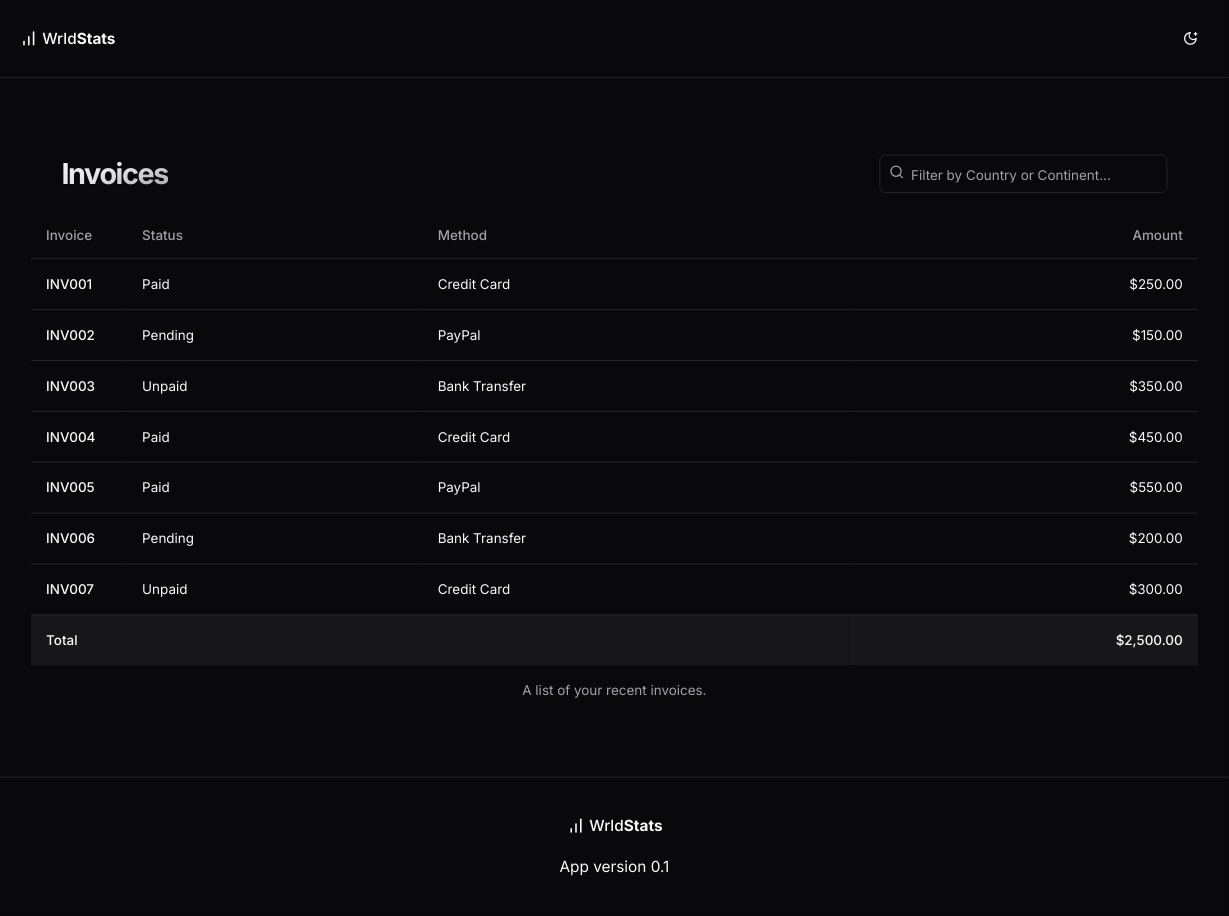
Repository: tushcmd/wrld-stats
Page: /
These files come from the project's save history. The page is drawn as it stood at one moment and after the next save; the edit follows.
The browser window is 1280 px wide. The pictures show the whole page, at 96% of full size.
The project was rebuilt for these pictures with package versions that can differ from the ones it lists, and the page was loaded fresh each time. The framework's server and built-in components were replaced by stand-ins that run in the browser. Also part of the build but not shown: next.config.mjs.

Above is the page before, as saved 2024-04-21 17:18:38.

### app/layout.tsx
import './globals.css';
import { Inter } from 'next/font/google';

import { Metadata, Viewport } from 'next';
import siteMetadata from '../data/siteMetadata';

import Navbar from '@/components/shared/Navbar';
import Footer from '@/components/shared/Footer';
import AppProviders from '@/components/providers/AppProviders';

const inter = Inter({ subsets: ['latin'] });

export const viewport: Viewport = {
  width: 'device-width',
  initialScale: 1,
  maximumScale: 1,
};

export const metadata: Metadata = {
  metadataBase: new URL(siteMetadata.siteUrl),
  title: {
    default: siteMetadata.title,
    template: `%s | ${siteMetadata.title}`,
  },
  description: siteMetadata.description,
  openGraph: {
    title: siteMetadata.title,
    description: siteMetadata.description,
    url: './',
    siteName: siteMetadata.title,
    locale: 'en',
    type: 'website',
  },
  alternates: {
    canonical: './',
  },
  robots: {
    index: true,
    follow: true,
    googleBot: {
      index: true,
      follow: true,
      'max-video-preview': -1,
      'max-image-preview': 'large',
      'max-snippet': -1,
    },
  },
  twitter: {
    title: siteMetadata.title,
    card: 'summary_large_image',
  },
};

export default function RootLayout({ children }: { children: React.ReactNode }) {
  return (
    <html lang="en" suppressHydrationWarning>
      <body className={inter.className}>
        <AppProviders>
          <Navbar />
          {children}
          <Footer />
        </AppProviders>
      </body>
    </html>
  );
}

### app/page.tsx
import Hero from '@/components/Hero';

export default function Home() {
  return (
    <main className="page-container">
      <Hero />
    </main>
  );
}

### app/globals.css
@tailwind base;
@tailwind components;
@tailwind utilities;

@layer base {
  :root {
    --background: 0 0% 100%;
    --foreground: 240 10% 3.9%;

    --card: 0 0% 100%;
    --card-foreground: 240 10% 3.9%;

    --popover: 0 0% 100%;
    --popover-foreground: 240 10% 3.9%;

    --primary: 240 5.9% 10%;
    --primary-foreground: 0 0% 98%;

    --secondary: 240 4.8% 95.9%;
    --secondary-foreground: 240 5.9% 10%;

    --muted: 240 4.8% 95.9%;
    --muted-foreground: 240 3.8% 46.1%;

    --accent: 240 4.8% 95.9%;
    --accent-foreground: 240 5.9% 10%;

    --destructive: 0 84.2% 60.2%;
    --destructive-foreground: 0 0% 98%;

    --border: 240 5.9% 90%;
    --input: 240 5.9% 90%;
    --ring: 240 10% 3.9%;

    --radius: 0.5rem;
  }

  .dark {
    --background: 240 10% 3.9%;
    --foreground: 0 0% 98%;

    --card: 240 10% 3.9%;
    --card-foreground: 0 0% 98%;

    --popover: 240 10% 3.9%;
    --popover-foreground: 0 0% 98%;

    --primary: 0 0% 98%;
    --primary-foreground: 240 5.9% 10%;

    --secondary: 240 3.7% 15.9%;
    --secondary-foreground: 0 0% 98%;

    --muted: 240 3.7% 15.9%;
    --muted-foreground: 240 5% 64.9%;

    --accent: 240 3.7% 15.9%;
    --accent-foreground: 0 0% 98%;

    --destructive: 0 62.8% 30.6%;
    --destructive-foreground: 0 0% 98%;

    --border: 240 3.7% 15.9%;
    --input: 240 3.7% 15.9%;
    --ring: 240 4.9% 83.9%;
  }

}

@layer base {
  * {
    @apply border-border;
  }
  body {
    @apply bg-background text-foreground;
  }
}

@layer components {

  /* FONT SIZES */
  .h1 {
		@apply text-5xl lg:text-6xl font-bold;
	}
	.h2 {
		@apply sm:text-3xl text-4xl font-bold;
	}
	.h3 {
		@apply text-2xl font-medium;
	}
	.h4 {
		@apply text-xl sm:text-lg font-normal;
	}

  /* LAYOUTS  */
	.layout-container {
		@apply container mx-auto px-5;
	}

	.page-container {
		@apply container py-20 flex flex-col gap-16 max-w-7xl;
	}
}

### data/siteMetadata.ts
const siteMetada = {
        title: "Wrld Stats",
        author: "Tush",
        headerTitle: "Wrld Stats",
        description: "Visualiser for world stats in different countries",
        language: "en",
        theme: "system", // system, dark or light
        siteUrl: "https://tushdev.co/",
        siteLogo: "public/vercel.png",
        locale: "en",
}

export default siteMetada

### components/shared/Navbar.tsx
import React, { FC } from 'react';
import ThemeSwitcherButton from '../ui/ThemeSwitcher';
import Logo from './Logo';

const Navbar: FC = () => {
  return (
    <nav className="border-b py-5">
      <div className="layout-container flex justify-between items-center max-w-7xl">
        <Logo />
        <ThemeSwitcherButton />
      </div>
    </nav>
  );
};

export default Navbar;

### components/shared/Footer.tsx
import React, { FC } from 'react'
import Logo from './Logo'
import { APP_VERSION } from '@/lib/config'

const Footer: FC = () => {
  return (
    <footer className='border-t'>
        <div className='layout-container flex flex-col gap-5 items-center  justify-center py-10'>
            <Logo />
            <p>App version {APP_VERSION}</p>
        </div>

    </footer>
  )
}

export default Footer

### components/providers/AppProviders.tsx
'use client';

import { ThemeProvider } from 'next-themes';
import { FC, ReactNode } from 'react';

interface AppProvidersProps {
  children: ReactNode;
}


const AppProviders: FC<AppProvidersProps> = ({ children }) => {
  return (
    <>
      <ThemeProvider attribute="class" disableTransitionOnChange defaultTheme="dark" enableSystem>
        {children}

      </ThemeProvider>
    </>
  );
};

export default AppProviders;

### components/Hero.tsx
import { Search } from 'lucide-react';
import React, { FC } from 'react';
import { TableDemo } from './list';
import { Input } from './ui/input';

const Hero: FC = () => {
  return (
    <section className="flex flex-col items-center justify-center gap-5">
      <div className='container flex justify-between items-center max-w-7xl'>
        <p className='text-base lg:text-3xl tracking-tighter font-bold bg-gradient-to-br from-foreground via-secondary-foreground/90 to-muted-foreground bg-clip-text text-transparent drop-shadow-sm'>Invoices</p>
        <form className="ml-auto flex-1 sm:flex-initial">
          <div className="relative">
            <Search className="absolute left-2.5 top-2.5 h-4 w-4 text-muted-foreground" />
            <Input
              type="search"
              placeholder="Filter by Country or Continent..."
              className="pl-8 sm:w-[300px] md:w-[200px] lg:w-[300px]" />
          </div>
        </form>
      </div>

      <TableDemo />
    </section>
  );
};


export default Hero;

### components/ui/ThemeSwitcher.tsx
"use client";

import { useTheme } from "next-themes";
import React, { FC, useEffect, useState } from "react";
import { SunIcon,  Laptop, MoonStarIcon } from "lucide-react";
import {
	DropdownMenu,
	DropdownMenuContent,
	DropdownMenuItem,
	DropdownMenuTrigger,
} from "./dropdown-menu";
import { Button } from "./button";

const themes = [
	{
		value: "light",
		label: "Light",
		icon: SunIcon,
	},
	{
		value: "dark",
		label: "Dark",
		icon: MoonStarIcon,
	},
	{
		value: "system",
		label: "System",
		icon: Laptop,
	},
];

const ThemeSwitcher: FC = () => {
  const [mounted, setMounted] = useState(false)
	const { theme, setTheme } = useTheme();
	const currentTheme = themes.find((t) => t.value === theme);
	const ThemeIcon = currentTheme?.icon

  useEffect(() => {
    setMounted(true)
  }, [])

	return mounted && (
		<div className="flex">
			<DropdownMenu  >
				<DropdownMenuTrigger asChild>
					<Button variant="ghost" size={"icon"}>{!!ThemeIcon && <ThemeIcon className="w-4 h-4"/>}</Button>
				</DropdownMenuTrigger>
				<DropdownMenuContent>
					{themes.map(({value, label}) => <DropdownMenuItem role="button" onClick={() => setTheme(value)} key={value}>{label}</DropdownMenuItem>)}
				</DropdownMenuContent>
			</DropdownMenu>
		</div>
	);
};

export default ThemeSwitcher;

### components/shared/Logo.tsx

import { URLS } from "@/lib/urls";
import { BarChart } from "lucide-react";
import Link from "next/link";
import React, { FC } from "react";

const Logo: FC = () => {
	return (
		<Link href={URLS.HOMEPAGE} className="flex items-center gap-1 component-focus rounded-md">
			<BarChart   className="w-5 h-5 fill-current" />
			<h1 className="inline-flex flex-col gap-0 leading-none font-medium">
				<p>Wrld<span className="font-bold">Stats</span></p>
			</h1>
		</Link>
	);
};

export default Logo;

### lib/config.ts
export const APP_VERSION = 0.1

### components/list.tsx
import {
    Table,
    TableBody,
    TableCaption,
    TableCell,
    TableFooter,
    TableHead,
    TableHeader,
    TableRow,
} from "@/components/ui/table"

const invoices = [
    {
        invoice: "INV001",
        paymentStatus: "Paid",
        totalAmount: "$250.00",
        paymentMethod: "Credit Card",
    },
    {
        invoice: "INV002",
        paymentStatus: "Pending",
        totalAmount: "$150.00",
        paymentMethod: "PayPal",
    },
    {
        invoice: "INV003",
        paymentStatus: "Unpaid",
        totalAmount: "$350.00",
        paymentMethod: "Bank Transfer",
    },
    {
        invoice: "INV004",
        paymentStatus: "Paid",
        totalAmount: "$450.00",
        paymentMethod: "Credit Card",
    },
    {
        invoice: "INV005",
        paymentStatus: "Paid",
        totalAmount: "$550.00",
        paymentMethod: "PayPal",
    },
    {
        invoice: "INV006",
        paymentStatus: "Pending",
        totalAmount: "$200.00",
        paymentMethod: "Bank Transfer",
    },
    {
        invoice: "INV007",
        paymentStatus: "Unpaid",
        totalAmount: "$300.00",
        paymentMethod: "Credit Card",
    },
]

export function TableDemo() {
    return (
        <Table>
            <TableCaption>A list of your recent invoices.</TableCaption>
            <TableHeader>
                <TableRow>
                    <TableHead className="w-[100px]">Invoice</TableHead>
                    <TableHead>Status</TableHead>
                    <TableHead>Method</TableHead>
                    <TableHead className="text-right">Amount</TableHead>
                </TableRow>
            </TableHeader>
            <TableBody>
                {invoices.map((invoice) => (
                    <TableRow key={invoice.invoice}>
                        <TableCell className="font-medium">{invoice.invoice}</TableCell>
                        <TableCell>{invoice.paymentStatus}</TableCell>
                        <TableCell>{invoice.paymentMethod}</TableCell>
                        <TableCell className="text-right">{invoice.totalAmount}</TableCell>
                    </TableRow>
                ))}
            </TableBody>
            <TableFooter>
                <TableRow>
                    <TableCell colSpan={3}>Total</TableCell>
                    <TableCell className="text-right">$2,500.00</TableCell>
                </TableRow>
            </TableFooter>
        </Table>
    )
}



//import React from 'react'
//
//const List = () => {
//  return (
//    <div>List</div>
//  )
//}
//
//export default List

### components/ui/input.tsx
import * as React from "react"

import { cn } from "@/lib/utils"

export interface InputProps
  extends React.InputHTMLAttributes<HTMLInputElement> {}

const Input = React.forwardRef<HTMLInputElement, InputProps>(
  ({ className, type, ...props }, ref) => {
    return (
      <input
        type={type}
        className={cn(
          "flex h-10 w-full rounded-md border border-input bg-background px-3 py-2 text-sm ring-offset-background file:border-0 file:bg-transparent file:text-sm file:font-medium placeholder:text-muted-foreground focus-visible:outline-none focus-visible:ring-2 focus-visible:ring-ring focus-visible:ring-offset-2 disabled:cursor-not-allowed disabled:opacity-50",
          className
        )}
        ref={ref}
        {...props}
      />
    )
  }
)
Input.displayName = "Input"

export { Input }

### components/ui/button.tsx
import * as React from "react"
import { Slot } from "@radix-ui/react-slot"
import { cva, type VariantProps } from "class-variance-authority"

import { cn } from "@/lib/utils"

const buttonVariants = cva(
  "inline-flex items-center justify-center whitespace-nowrap rounded-md text-sm font-medium ring-offset-background transition-colors focus-visible:outline-none focus-visible:ring-2 focus-visible:ring-ring focus-visible:ring-offset-2 disabled:pointer-events-none disabled:opacity-50",
  {
    variants: {
      variant: {
        default: "bg-primary text-primary-foreground hover:bg-primary/90",
        destructive:
          "bg-destructive text-destructive-foreground hover:bg-destructive/90",
        outline:
          "border border-input bg-background hover:bg-accent hover:text-accent-foreground",
        secondary:
          "bg-secondary text-secondary-foreground hover:bg-secondary/80",
        ghost: "hover:bg-accent hover:text-accent-foreground",
        link: "text-primary underline-offset-4 hover:underline",
      },
      size: {
        default: "h-10 px-4 py-2",
        sm: "h-9 rounded-md px-3",
        lg: "h-11 rounded-md px-8",
        icon: "h-10 w-10",
      },
    },
    defaultVariants: {
      variant: "default",
      size: "default",
    },
  }
)

export interface ButtonProps
  extends React.ButtonHTMLAttributes<HTMLButtonElement>,
    VariantProps<typeof buttonVariants> {
  asChild?: boolean
}

const Button = React.forwardRef<HTMLButtonElement, ButtonProps>(
  ({ className, variant, size, asChild = false, ...props }, ref) => {
    const Comp = asChild ? Slot : "button"
    return (
      <Comp
        className={cn(buttonVariants({ variant, size, className }))}
        ref={ref}
        {...props}
      />
    )
  }
)
Button.displayName = "Button"

export { Button, buttonVariants }

### lib/urls.ts
export enum URLS {
    HOMEPAGE = "/"
}

### components/ui/table.tsx
import * as React from "react"

import { cn } from "@/lib/utils"

const Table = React.forwardRef<
  HTMLTableElement,
  React.HTMLAttributes<HTMLTableElement>
>(({ className, ...props }, ref) => (
  <div className="relative w-full overflow-auto">
    <table
      ref={ref}
      className={cn("w-full caption-bottom text-sm", className)}
      {...props}
    />
  </div>
))
Table.displayName = "Table"

const TableHeader = React.forwardRef<
  HTMLTableSectionElement,
  React.HTMLAttributes<HTMLTableSectionElement>
>(({ className, ...props }, ref) => (
  <thead ref={ref} className={cn("[&_tr]:border-b", className)} {...props} />
))
TableHeader.displayName = "TableHeader"

const TableBody = React.forwardRef<
  HTMLTableSectionElement,
  React.HTMLAttributes<HTMLTableSectionElement>
>(({ className, ...props }, ref) => (
  <tbody
    ref={ref}
    className={cn("[&_tr:last-child]:border-0", className)}
    {...props}
  />
))
TableBody.displayName = "TableBody"

const TableFooter = React.forwardRef<
  HTMLTableSectionElement,
  React.HTMLAttributes<HTMLTableSectionElement>
>(({ className, ...props }, ref) => (
  <tfoot
    ref={ref}
    className={cn(
      "border-t bg-muted/50 font-medium [&>tr]:last:border-b-0",
      className
    )}
    {...props}
  />
))
TableFooter.displayName = "TableFooter"

const TableRow = React.forwardRef<
  HTMLTableRowElement,
  React.HTMLAttributes<HTMLTableRowElement>
>(({ className, ...props }, ref) => (
  <tr
    ref={ref}
    className={cn(
      "border-b transition-colors hover:bg-muted/50 data-[state=selected]:bg-muted",
      className
    )}
    {...props}
  />
))
TableRow.displayName = "TableRow"

const TableHead = React.forwardRef<
  HTMLTableCellElement,
  React.ThHTMLAttributes<HTMLTableCellElement>
>(({ className, ...props }, ref) => (
  <th
    ref={ref}
    className={cn(
      "h-12 px-4 text-left align-middle font-medium text-muted-foreground [&:has([role=checkbox])]:pr-0",
      className
    )}
    {...props}
  />
))
TableHead.displayName = "TableHead"

const TableCell = React.forwardRef<
  HTMLTableCellElement,
  React.TdHTMLAttributes<HTMLTableCellElement>
>(({ className, ...props }, ref) => (
  <td
    ref={ref}
    className={cn("p-4 align-middle [&:has([role=checkbox])]:pr-0", className)}
    {...props}
  />
))
TableCell.displayName = "TableCell"

const TableCaption = React.forwardRef<
  HTMLTableCaptionElement,
  React.HTMLAttributes<HTMLTableCaptionElement>
>(({ className, ...props }, ref) => (
  <caption
    ref={ref}
    className={cn("mt-4 text-sm text-muted-foreground", className)}
    {...props}
  />
))
TableCaption.displayName = "TableCaption"

export {
  Table,
  TableHeader,
  TableBody,
  TableFooter,
  TableHead,
  TableRow,
  TableCell,
  TableCaption,
}

### tailwind.config.ts
import type { Config } from "tailwindcss"


const config = {
  darkMode: ["class"],
  content: [
    './pages/**/*.{ts,tsx}',
    './components/**/*.{ts,tsx}',
    './app/**/*.{ts,tsx}',
    './src/**/*.{ts,tsx}',
	],
  prefix: "",
  theme: {
    container: {
      center: true,
      padding: "2rem",
      screens: {
        "2xl": "1400px",
      },
    },
    extend: {
      colors: {
        border: "hsl(var(--border))",
        input: "hsl(var(--input))",
        ring: "hsl(var(--ring))",
        background: "hsl(var(--background))",
        foreground: "hsl(var(--foreground))",
        primary: {
          DEFAULT: "hsl(var(--primary))",
          foreground: "hsl(var(--primary-foreground))",
        },
        secondary: {
          DEFAULT: "hsl(var(--secondary))",
          foreground: "hsl(var(--secondary-foreground))",
        },
        destructive: {
          DEFAULT: "hsl(var(--destructive))",
          foreground: "hsl(var(--destructive-foreground))",
        },
        muted: {
          DEFAULT: "hsl(var(--muted))",
          foreground: "hsl(var(--muted-foreground))",
        },
        accent: {
          DEFAULT: "hsl(var(--accent))",
          foreground: "hsl(var(--accent-foreground))",
        },
        popover: {
          DEFAULT: "hsl(var(--popover))",
          foreground: "hsl(var(--popover-foreground))",
        },
        card: {
          DEFAULT: "hsl(var(--card))",
          foreground: "hsl(var(--card-foreground))",
        },
      },
      borderRadius: {
        lg: "var(--radius)",
        md: "calc(var(--radius) - 2px)",
        sm: "calc(var(--radius) - 4px)",
      },
      keyframes: {
        "accordion-down": {
          from: { height: "0" },
          to: { height: "var(--radix-accordion-content-height)" },
        },
        "accordion-up": {
          from: { height: "var(--radix-accordion-content-height)" },
          to: { height: "0" },
        },
      },
      animation: {
        "accordion-down": "accordion-down 0.2s ease-out",
        "accordion-up": "accordion-up 0.2s ease-out",
      },
    },
  },
  plugins: [require("tailwindcss-animate")],
} satisfies Config

export default config

const BREAKPOINTS = {
	SM: {
		MIN: 0,
		MAX: 1024,
	},
	LG: {
		MIN: 1025,
		MAX: 1920,
	},
};

Loaded but not shown: lib/utils.ts (common file); components/ui/dropdown-menu.tsx (200 lines, source omitted)

After the next save:
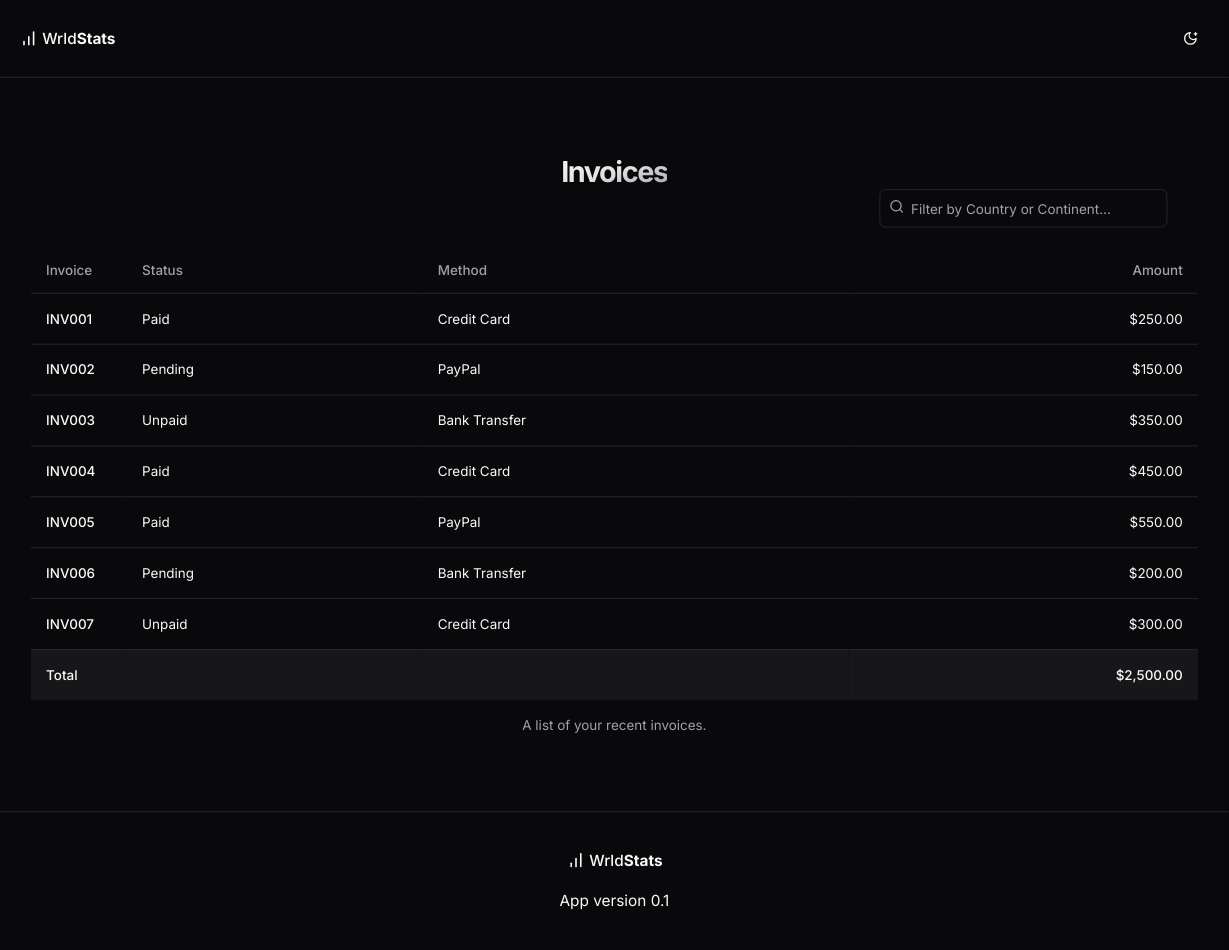
Saved 30 s later.
--- a/components/Hero.tsx
+++ b/components/Hero.tsx
@@ -6,7 +6,7 @@
 const Hero: FC = () => {
   return (
     <section className="flex flex-col items-center justify-center gap-5">
-      <div className='container flex justify-between items-center max-w-7xl'>
+      <div className='md:container flex-col flex justify-between items-center max-w-7xl'>
         <p className='text-base lg:text-3xl tracking-tighter font-bold bg-gradient-to-br from-foreground via-secondary-foreground/90 to-muted-foreground bg-clip-text text-transparent drop-shadow-sm'>Invoices</p>
         <form className="ml-auto flex-1 sm:flex-initial">
           <div className="relative">

After the save that followed:
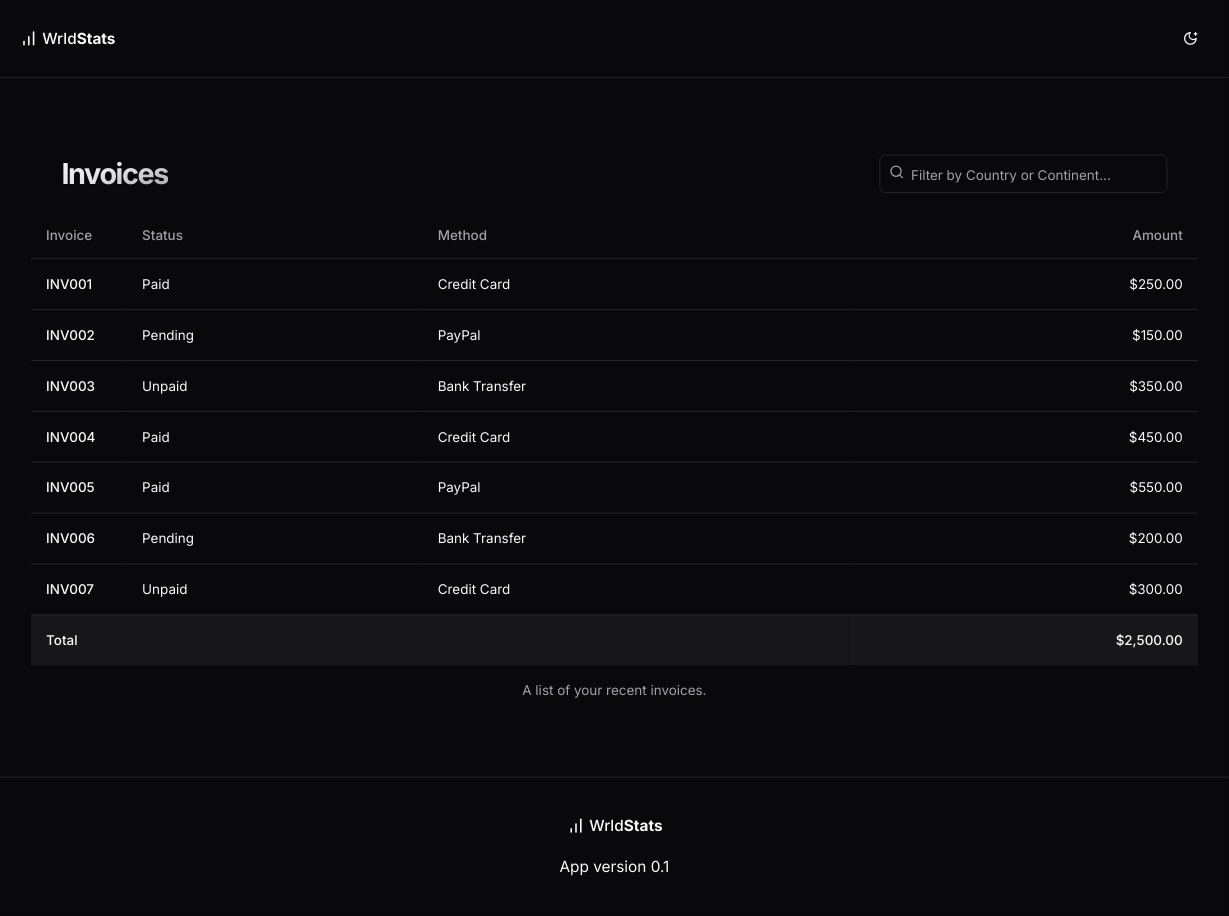
Saved 58 s later.
--- a/components/Hero.tsx
+++ b/components/Hero.tsx
@@ -6,7 +6,7 @@
 const Hero: FC = () => {
   return (
     <section className="flex flex-col items-center justify-center gap-5">
-      <div className='md:container flex-col flex justify-between items-center max-w-7xl'>
+      <div className='container flex flex-col md:flex-row justify-between items-center max-w-7xl'>
         <p className='text-base lg:text-3xl tracking-tighter font-bold bg-gradient-to-br from-foreground via-secondary-foreground/90 to-muted-foreground bg-clip-text text-transparent drop-shadow-sm'>Invoices</p>
         <form className="ml-auto flex-1 sm:flex-initial">
           <div className="relative">
